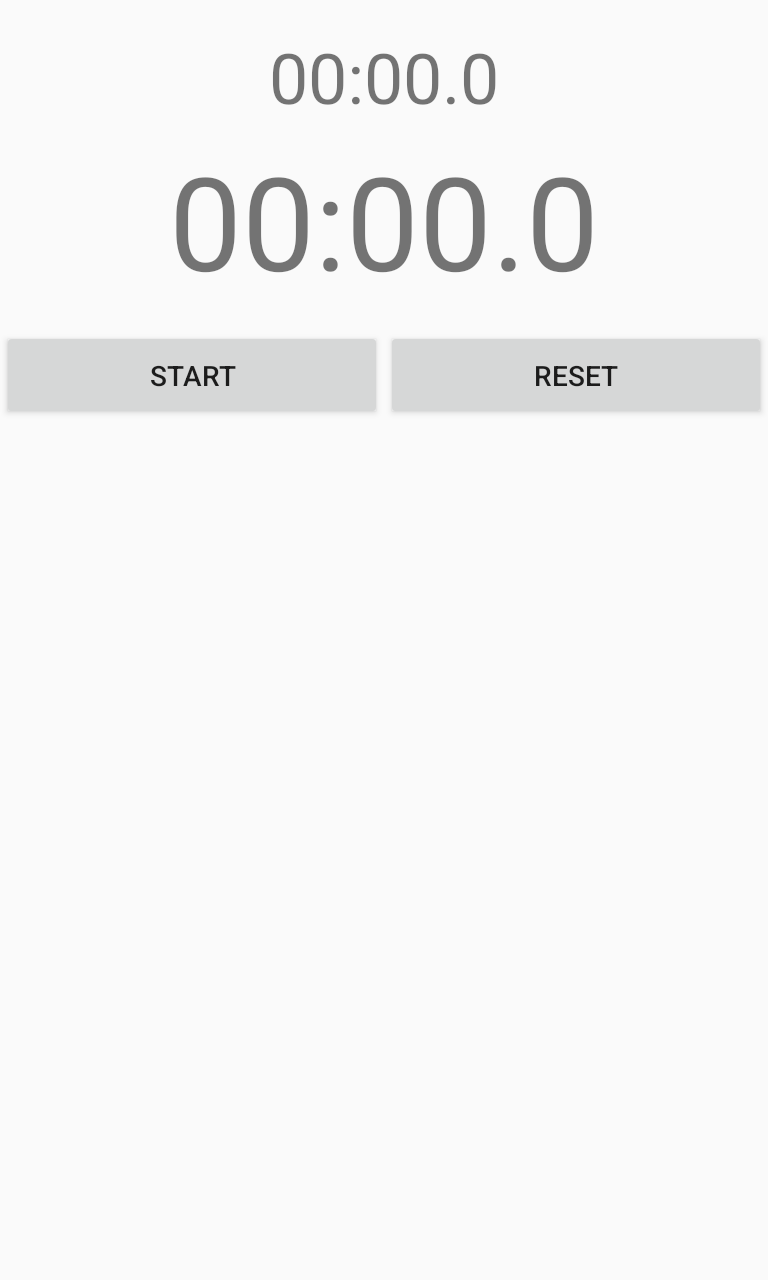
Repository: GitDidNotExitCleanly/AndroidTimer
Layout: G54MDP_Stopwatch/res/layout/fragment_stopwatch.xml
The author's editor kept a copy of each file at every save. The layout is drawn from the files as they stood at one save, then again after the next save.
It is drawn on a 768 x 1280 px phone screen (xhdpi) without system bars, with theme AppTheme; the app's code is not run. Lists and similar views that code fills are empty.

Above is the layout before, as saved 2015-03-07 01:40:47.

After the next save:
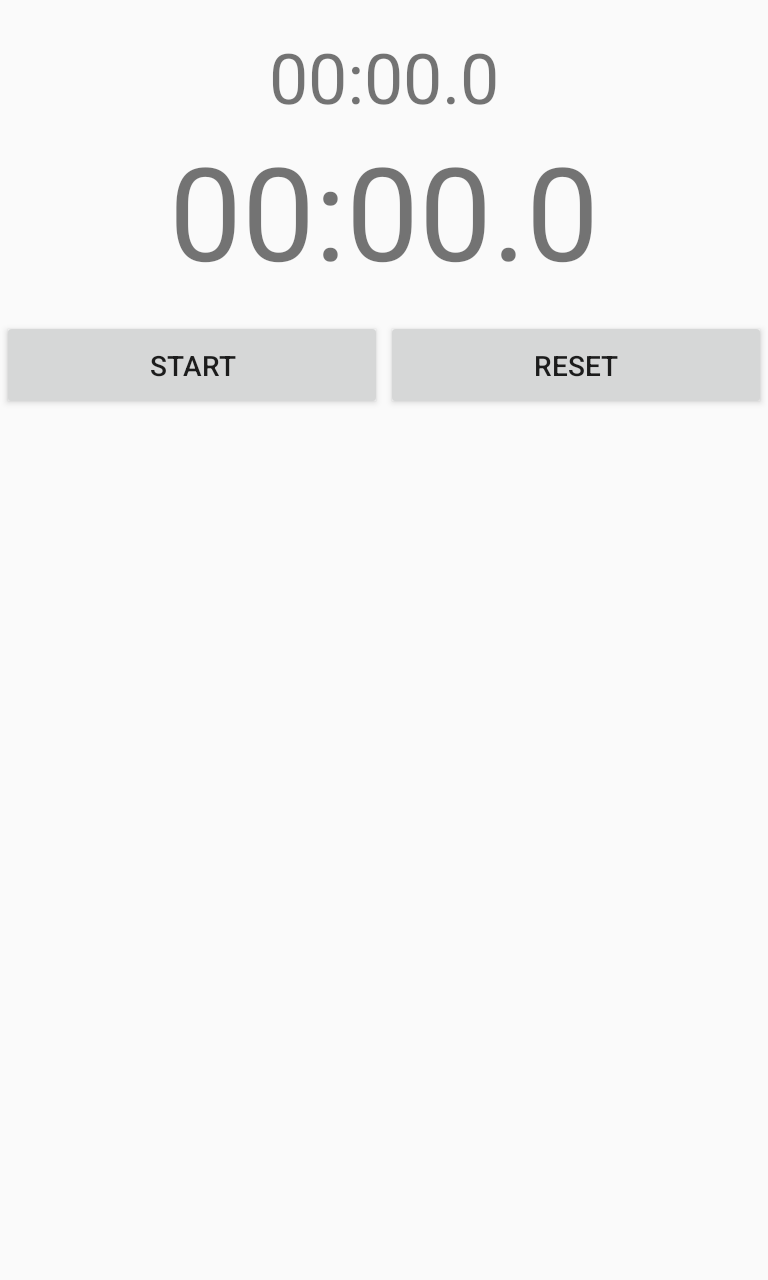
Saved 10 s later.
--- a/G54MDP_Stopwatch/res/layout/fragment_stopwatch.xml
+++ b/G54MDP_Stopwatch/res/layout/fragment_stopwatch.xml
@@ -18,8 +18,7 @@
 	            android:layout_height="wrap_content"
 	            android:text="00:00.0"
 	            android:textSize="@dimen/stopwatch_small_time"
-	            android:paddingTop="15dp"
-	            android:paddingBottom="5dp" />
+	            android:paddingTop="15dp" />
 
 	        <TextView
 	            android:id="@+id/largeTime"
